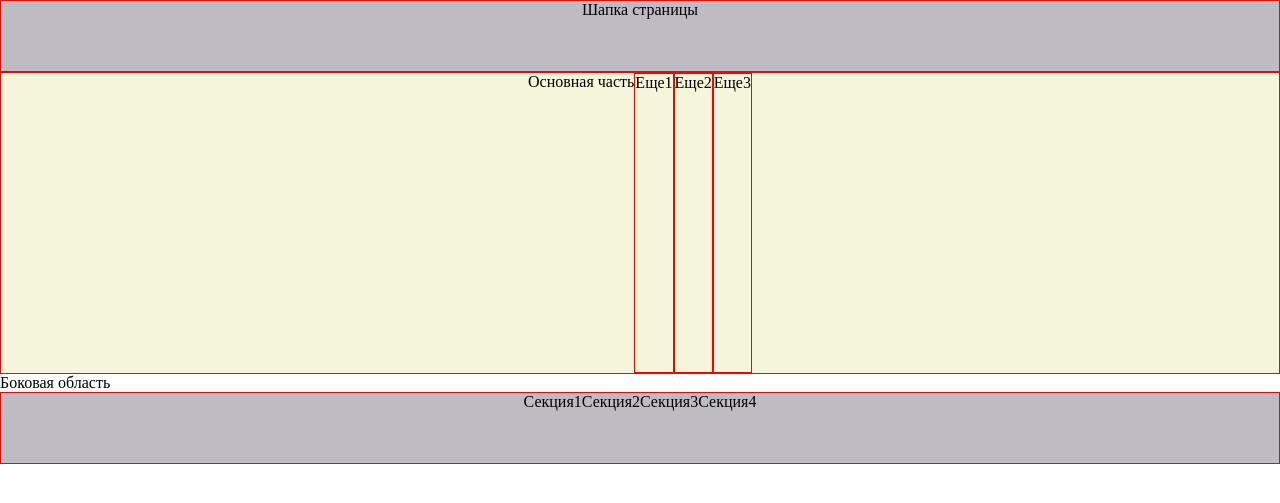
Repository: IrinaGetmanenko/week5
Page: week5/index.html
An editor plug-in stored every save of this project. The page is shown before and after the next save, followed by the edit.
The browser window is 1280 px wide. The pictures show the whole page.

Above is the page before, as saved 2022-08-28 17:19:59.

After the next save:
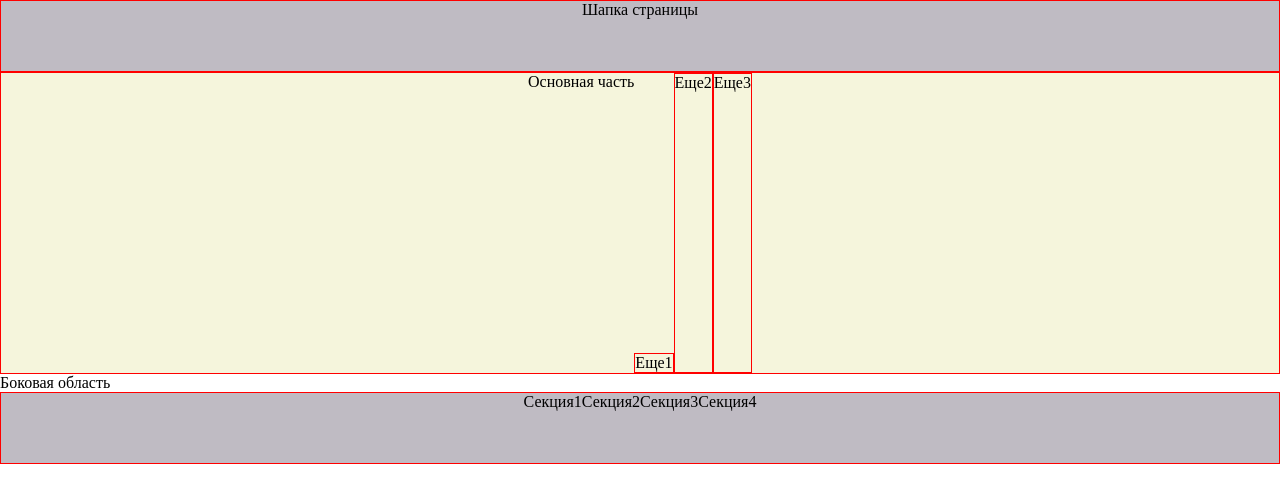
Saved 39 s later.
--- a/week5/index.html
+++ b/week5/index.html
@@ -33,7 +33,7 @@
     }
     .section1{
         border: 1px solid red;
-        align-items: flex-end;
+        align-self: flex-end;
     }
     .section2{
         border: 1px solid red;
